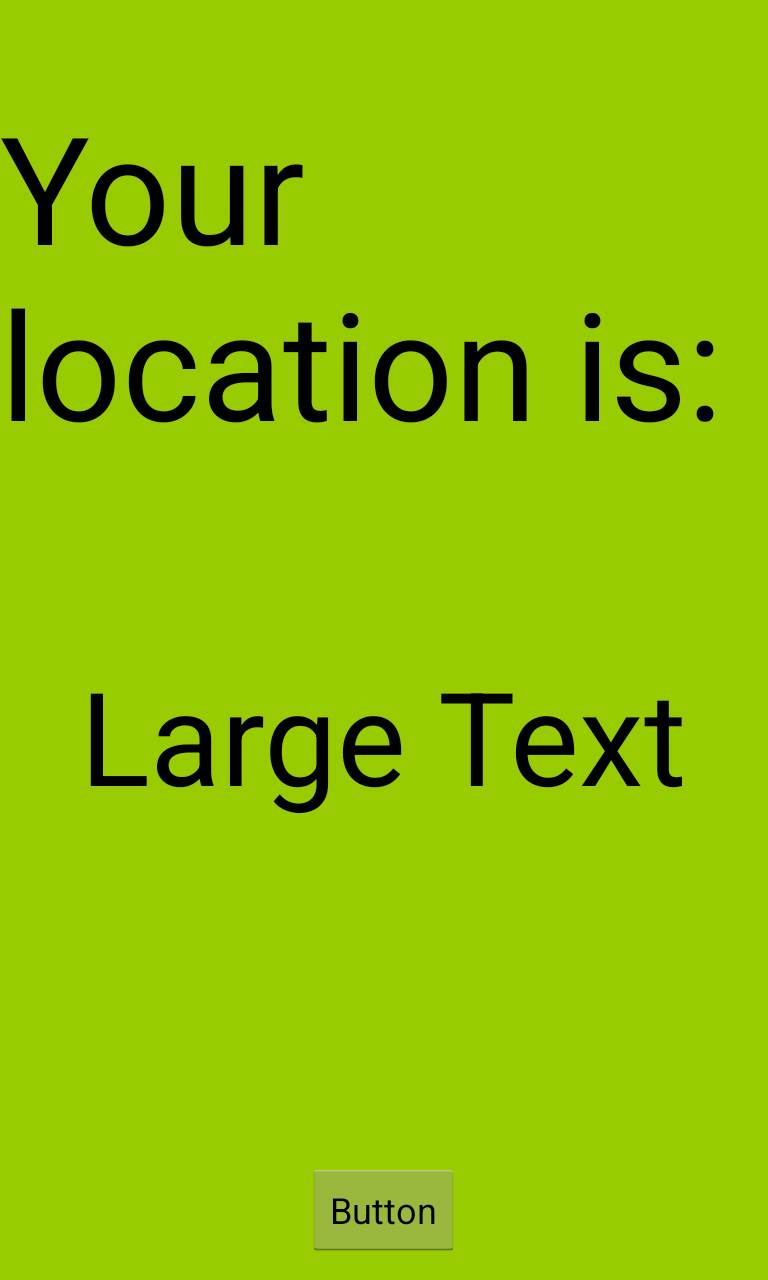
Repository: yasith/OnlyLocal
Layout: Only Local/res/layout/activity_start.xml
The author's editor kept a copy of each file at every save. The layout is drawn from the files as they stood at one save, then again after the next save.
It is drawn on a 768 x 1280 px phone screen (xhdpi) without system bars, with theme AppTheme; the app's code is not run.

Above is the layout before, as saved 2012-07-25 16:20:55.

After the next save:
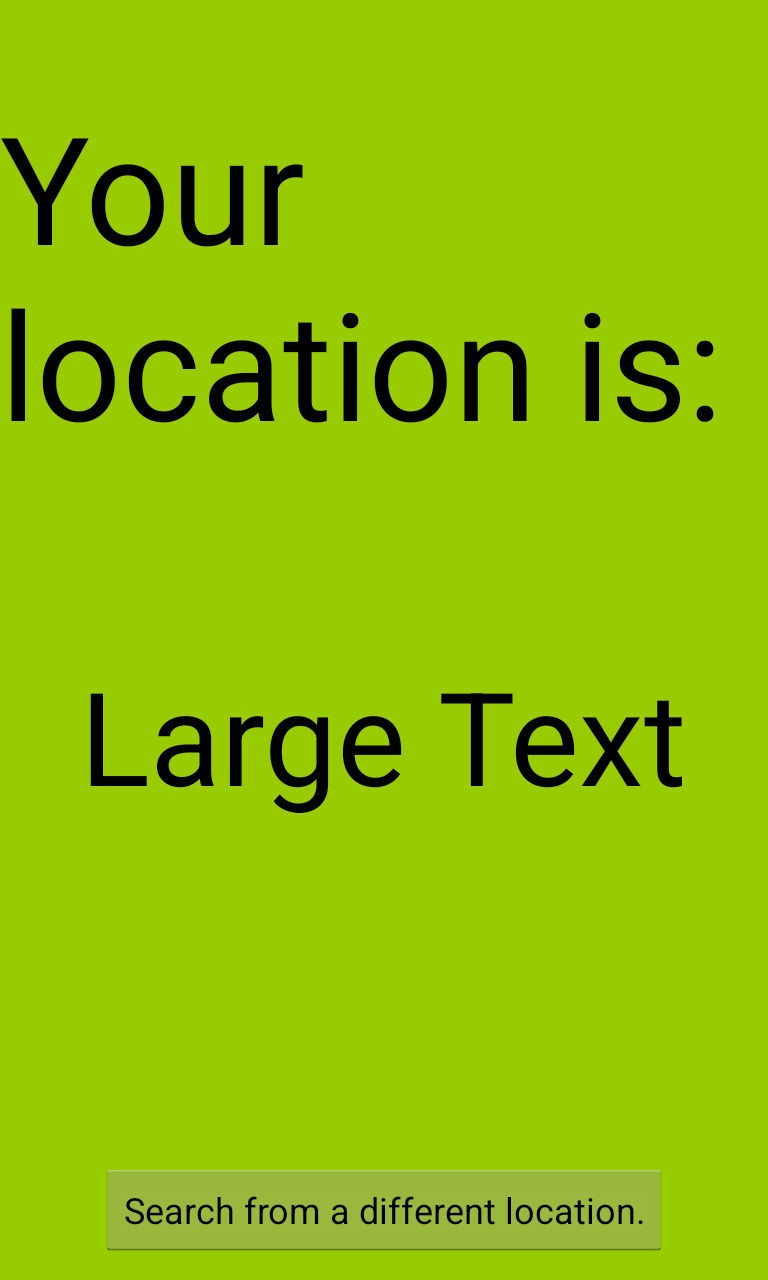
Saved 2 min 26 s later.
--- a/Only Local/res/layout/activity_start.xml
+++ b/Only Local/res/layout/activity_start.xml
@@ -33,7 +33,7 @@
         android:layout_below="@+id/textView2"
         android:layout_centerHorizontal="true"
         android:layout_marginTop="170dp"
-        android:text="Button" />
+        android:text="@string/change" />
 
     <Button
         android:id="@+id/button2"
@@ -42,6 +42,6 @@
         android:layout_alignRight="@+id/button1"
         android:layout_below="@+id/button1"
         android:layout_marginTop="167dp"
-        android:text="Button" />
+        android:text="@string/search" />
 
 </RelativeLayout>
